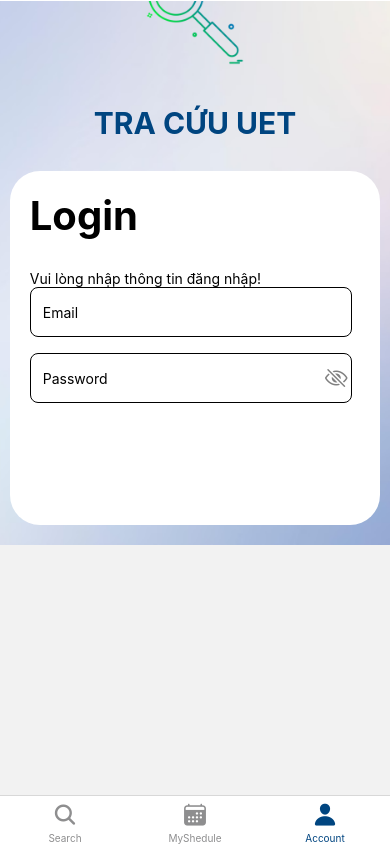
Repository: nguyenkhackien/Student-Progress-Tracker-
Screen: /Account (app in MyApp/)
The author's editor kept a copy of each file at every save. The screen is drawn from the files as they stood at one save, then again after a run of saves.
The app was drawn by React Native's web renderer in a window 390 px wide. The project was rebuilt for these pictures with package versions that can differ from the ones it lists, and the page was loaded fresh each time. Also part of the build but not shown: MyApp/src/components/MyScheduleScreen.js.

Above is the screen before, as saved 2024-07-21 22:11:42.

After the next 3 saves:
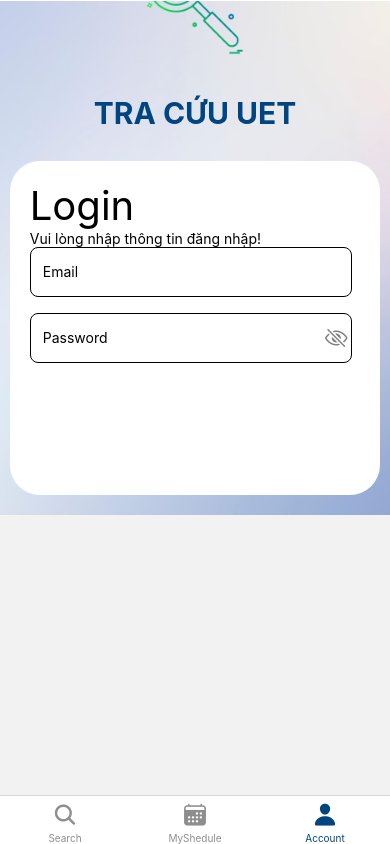
The 3 saves are shown as one change because they came seconds apart.
The last was saved 35 s later.
--- a/MyApp/src/components/LoginScreen.js
+++ b/MyApp/src/components/LoginScreen.js
@@ -32,9 +32,8 @@ const LoginScreen = () => {
                     />
                     <Text style={styles.title}>TRA CỨU UET</Text>
                     <View style={styles.loginContainer}>
-                        <Text style={styles.title}>
-                            <Text style={{fontSize:40,color:'black'}}>Login</Text>
-                        </Text>
+                        <Text style={{fontSize:40,color:'black'}}>Login</Text>
+
                         <Text >Vui lòng nhập thông tin đăng nhập!</Text>
                         <View style={styles.inputContainer}>
                             <TextInput
